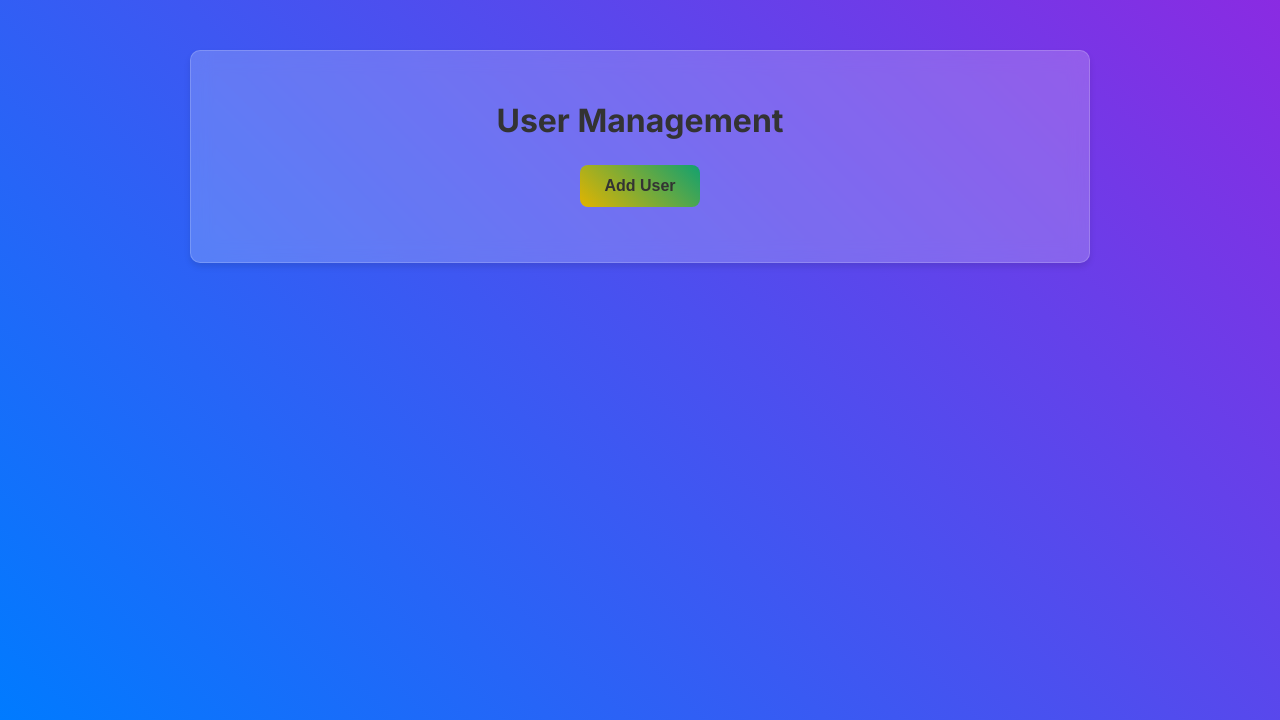
Repository: EeeeeEyyyy/crud-proj
Page: /
The author's editor kept a copy of each file at every save. The page is drawn from the files as they stood at one save, then again after the next save.
The browser window is 1280 px wide. The pictures show the whole page.
The page's requests for data from a server got no answer. The project was rebuilt for these pictures with package versions that can differ from the ones it lists, and the page was loaded fresh each time. The framework's server and built-in components were replaced by stand-ins that run in the browser. No one was signed in, and anything a server would have sent is missing. Also part of the build but not shown: next.config.mjs.

Above is the page before, as saved 2024-06-25 08:41:55.

After the next save:
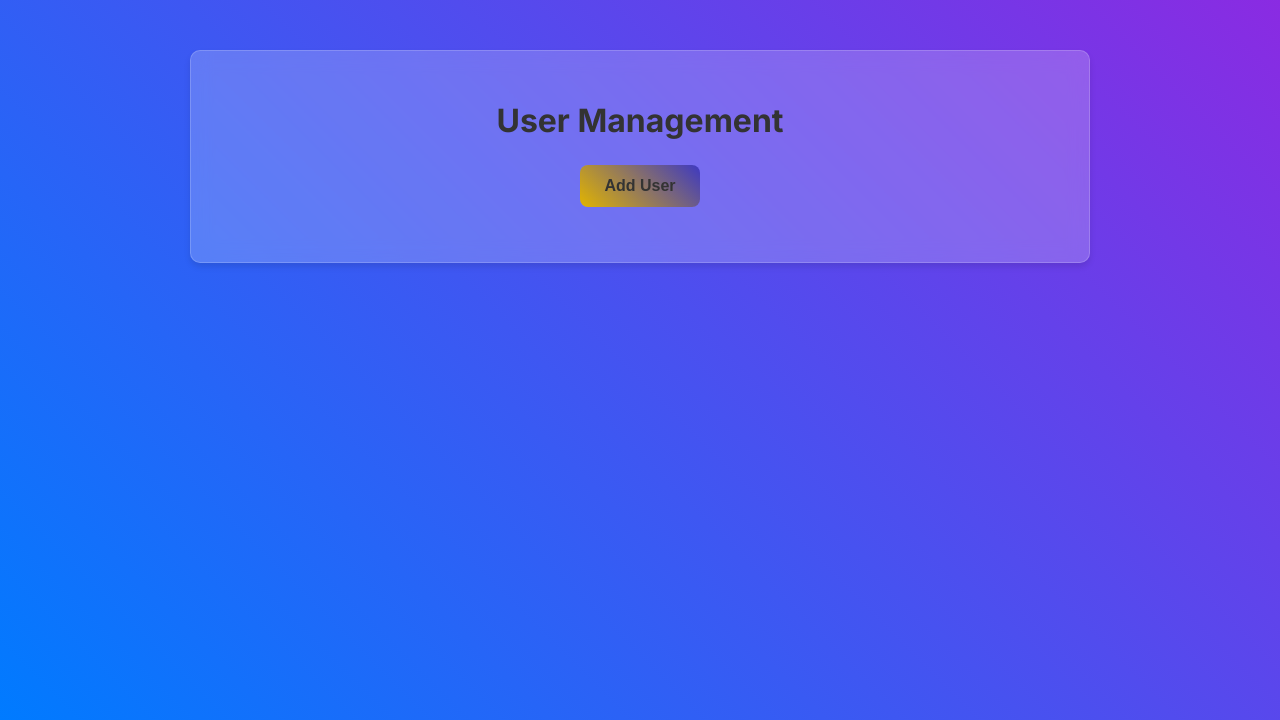
Saved 16 s later.
--- a/src/app/globals.css
+++ b/src/app/globals.css
@@ -478,5 +478,5 @@ input {
 }
 #add-n {
   font-weight: bold;
-  background: linear-gradient(45deg, rgb(225, 180, 0), rgb(18, 161, 111));
-}
+  background: linear-gradient(45deg, rgb(225, 180, 0), rgb(62, 57, 193));
+}
